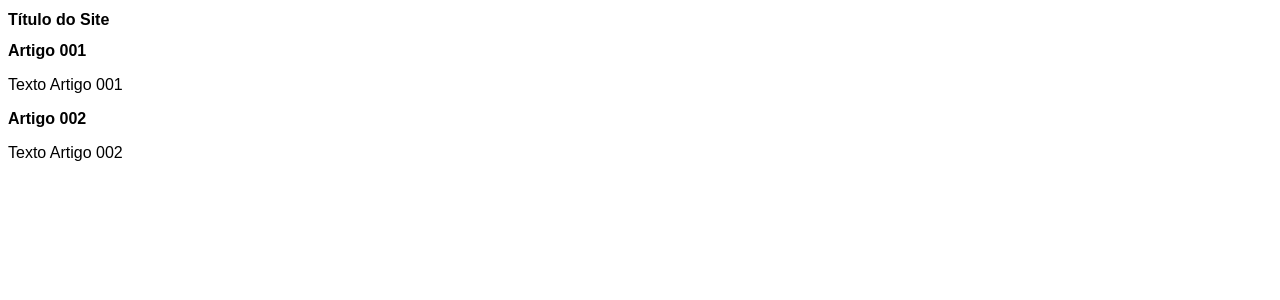
Repository: AnthonyLuanSantos/projeto-site
Page: index.html
The author's editor kept a copy of each file at every save. The page is drawn from the files as they stood at one save, then again after a run of saves.
The browser window is 1280 px wide. The pictures show the whole page.

Above is the page before, as saved 2024-08-18 20:44:41.

After the next 4 saves:
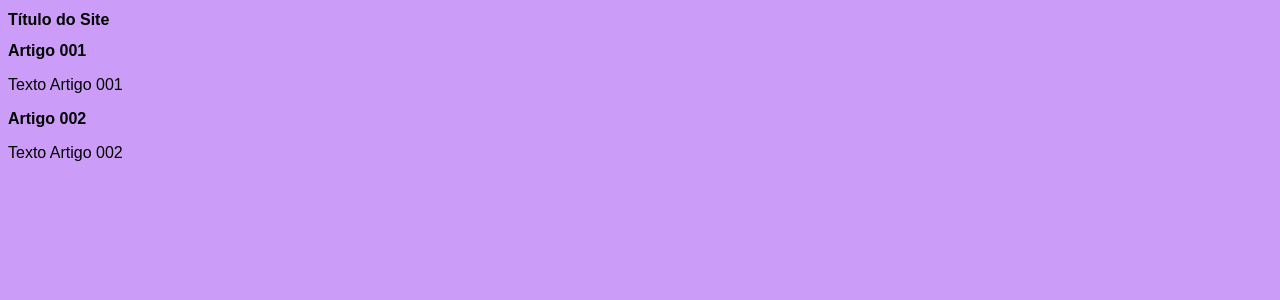
The 4 saves are shown as one change because they came seconds apart.
The last was saved 12 s later.
--- a/style.css
+++ b/style.css
@@ -3,5 +3,5 @@
     font-size: 16px;
 }
 body{
-    background-color: rgb();
+    background-color: rgb(204,157,248);
 }
